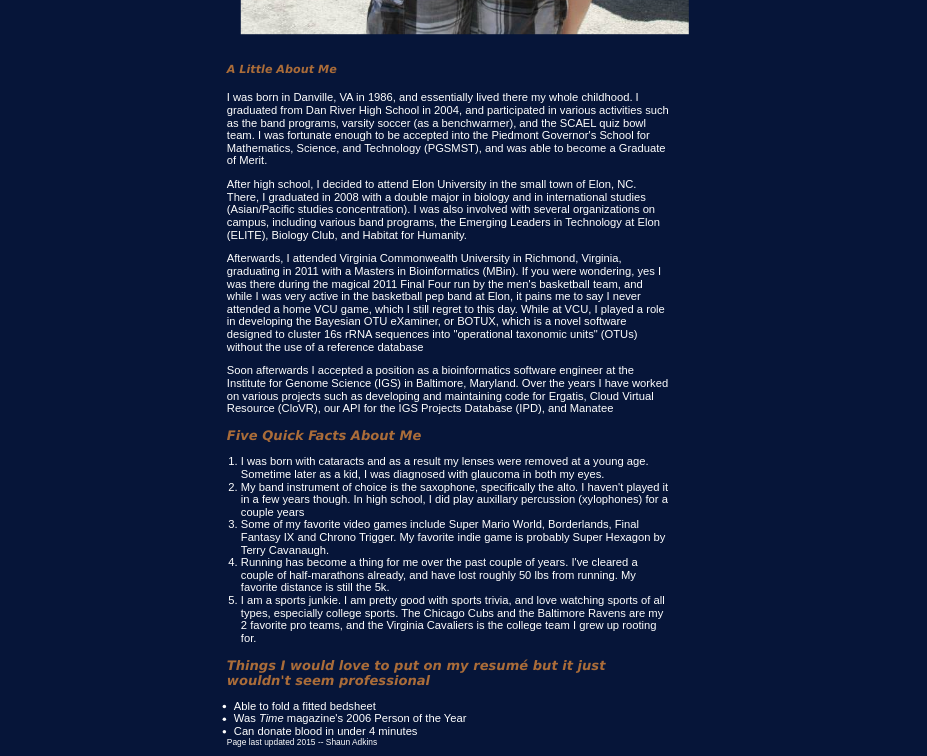
Repository: adkinsrs/sadkins_site
Page: html/about.html
The author's editor kept a record of every edit. The page is drawn from the files as they stood at one moment, then again after the next edit.
The browser window is 1280 px wide. The page is 1280 px wide, then 1324 px, so the pictures cover 1324 px, including what lies to the right of the window. The pictures show the part of the page from y = 987 to 2827 px (the page is 2067 px tall before and 2827 px after), at 70% of full size.

Above is the page before.

After the next edit:
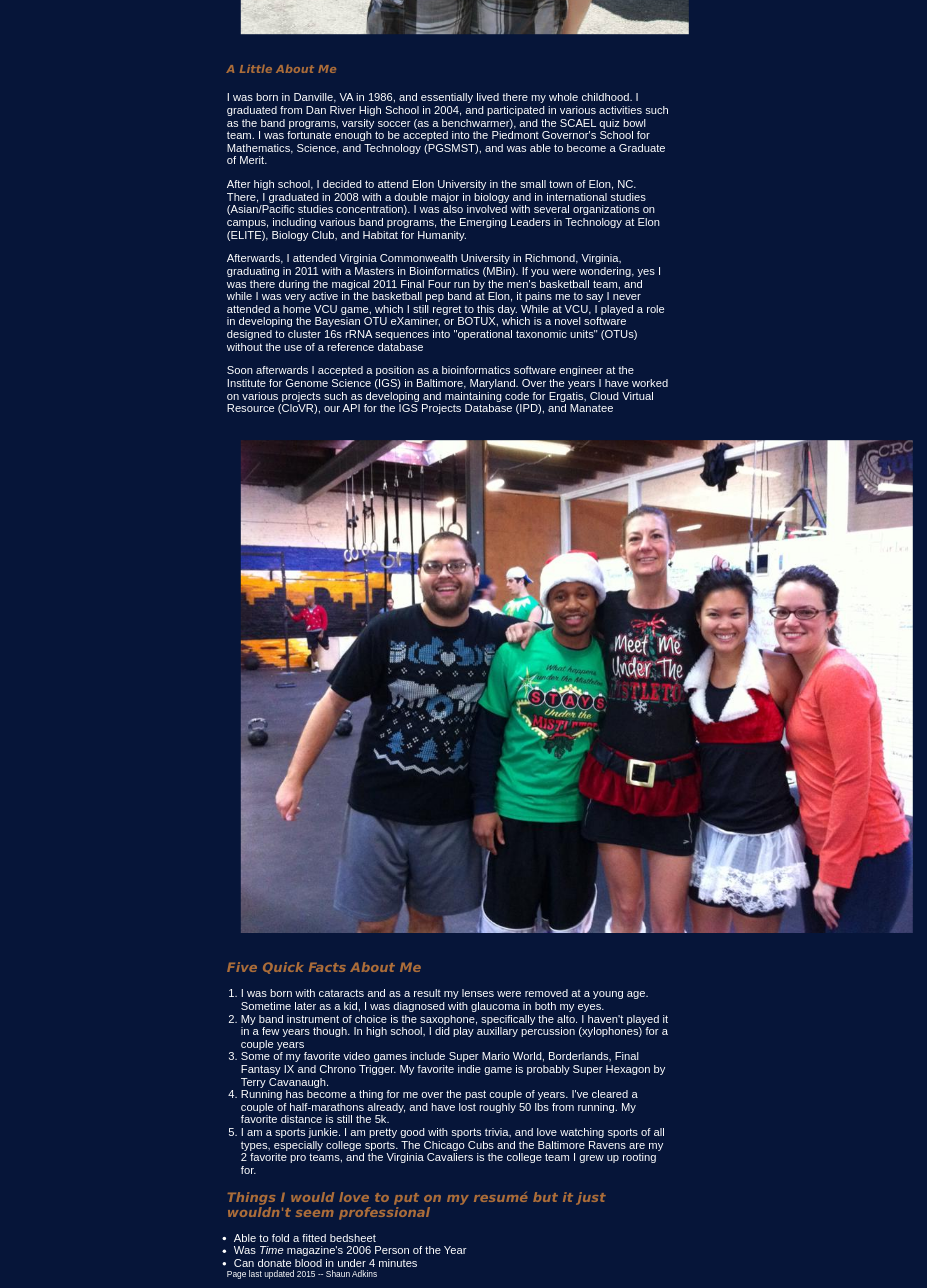
The edit:
--- a/html/about.html
+++ b/html/about.html
@@ -50,6 +50,8 @@
                 Soon afterwards I accepted a position as a bioinformatics software engineer at the Institute for Genome Science (IGS) in Baltimore, Maryland.  Over the years I have worked on various projects such as developing and maintaining code for Ergatis, Cloud Virtual Resource (CloVR), our API for the IGS Projects Database (IPD), and Manatee
             </p>
 
+            <img src="../images/crossfit.jpg" alt="Insanely tough Christmas Crossfit workout">
+
             <h3>Five Quick Facts About Me</h3>
             <ol>
                 <li>I was born with cataracts and as a result my lenses were removed at a young age.  Sometime later as a kid, I was diagnosed with glaucoma in both my eyes.</li>
